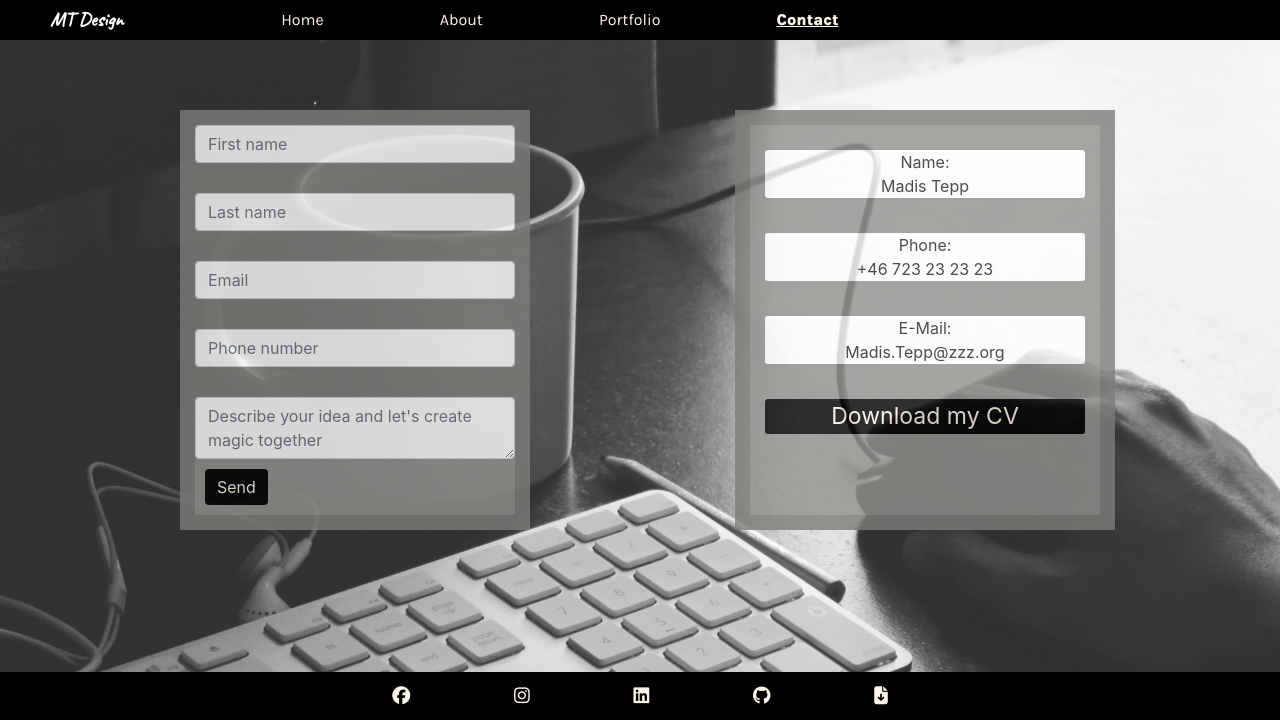
Repository: teppm/personal-portfolio
Page: contact.html
The author's editor kept a record of every edit. The page is drawn from the files as they stood at one moment, then again after the next edit.
The browser window is 1280 px wide. The pictures show the whole page.
Some web libraries are served in a nearby version.

Above is the page before.

After the next edit:
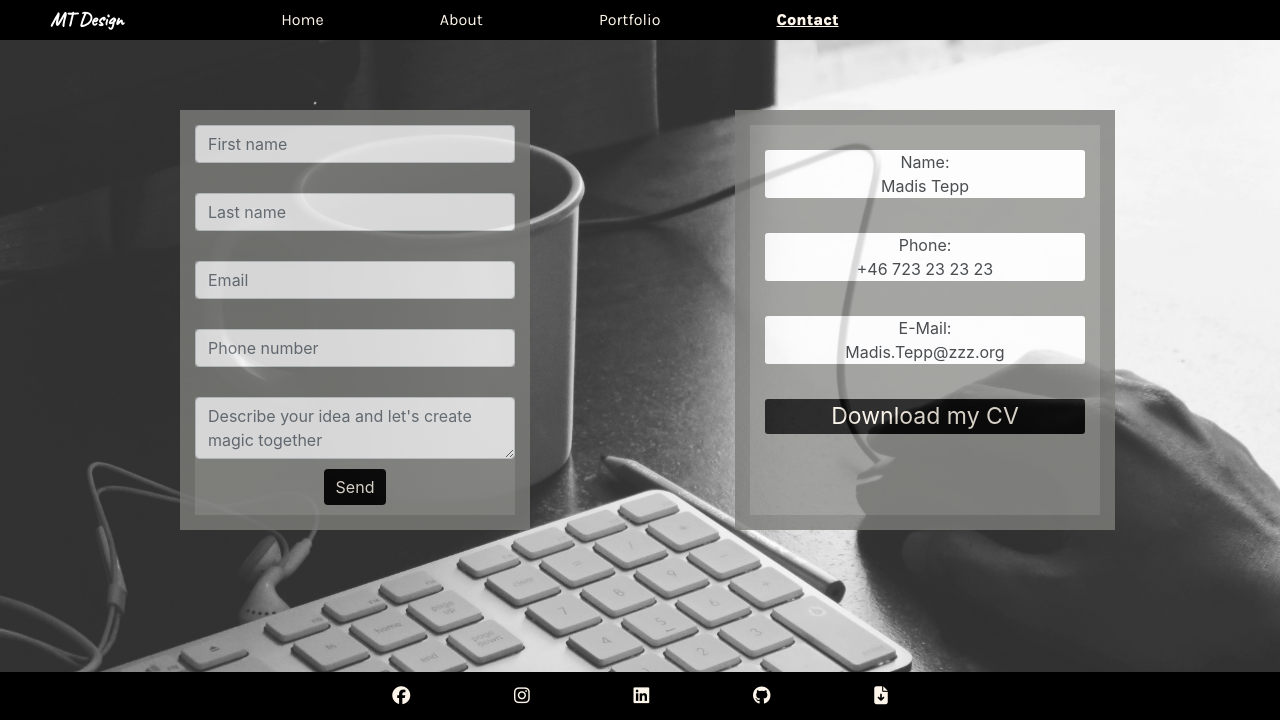
The edit:
--- a/contact.html
+++ b/contact.html
@@ -68,7 +68,7 @@
                     <div class="contact-page-style">
                         <input type="tel" class="form-control" placeholder="Phone number" required>
                     </div>
-                    <div class="contact-page-style">
+                    <div class="contact-page-style text-center">
                         <textarea class="form-control" placeholder="Describe your idea and let's create magic together" required></textarea>
                         <button class="btn btn-primary" type="submit">Send</button>
 
